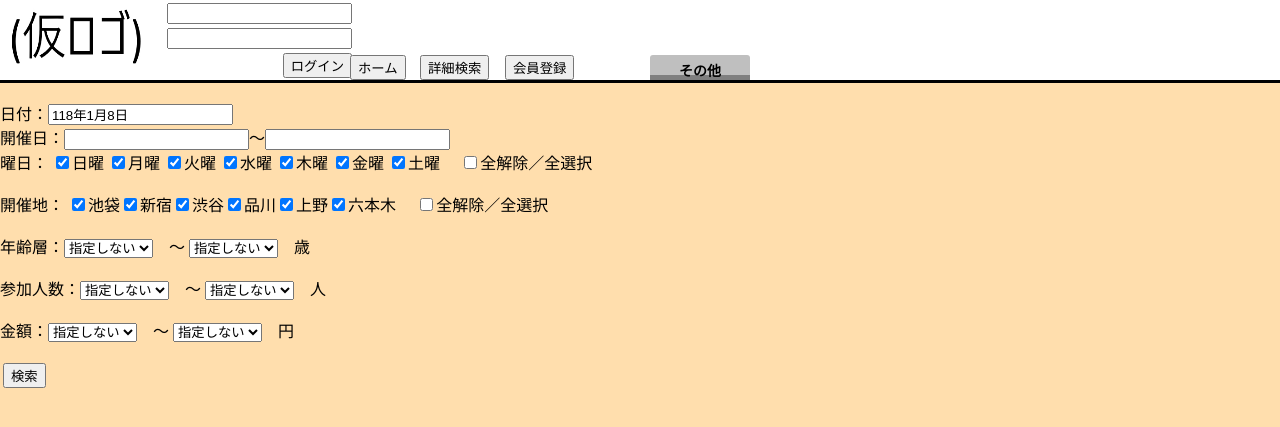
Repository: k0816/backup-master
Page: http://localhost/cycle/PartySearchAction
An editor plug-in stored every save of this project. The page is shown before and after the next save, followed by the edit.
The browser window is 1280 px wide. The pictures show the whole page.
The page is served by Tomcat 9.

Above is the page before, as saved 2018-01-25 05:19:18.

After the next save:
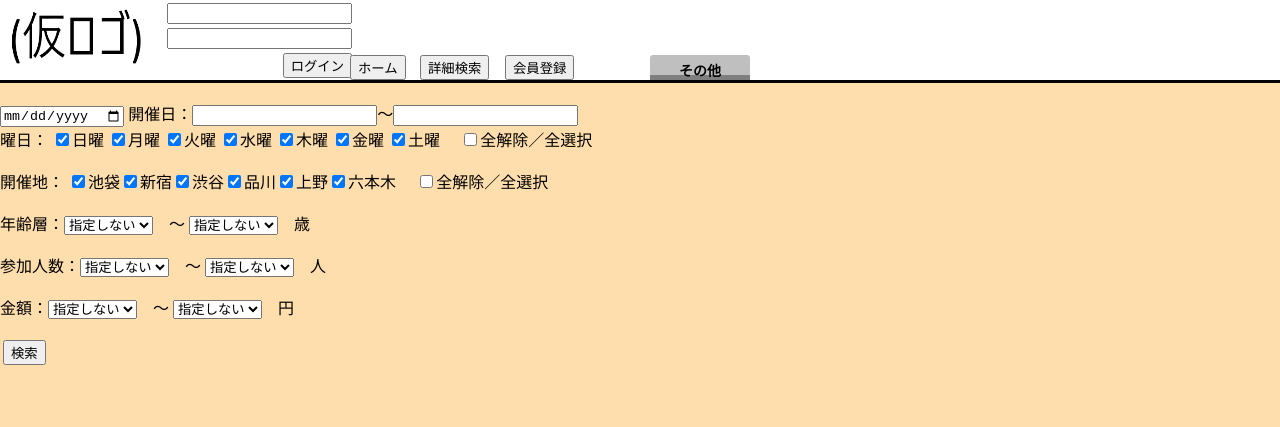
Saved 110 s later.
--- a/cycle/WebContent/partySearch.jsp
+++ b/cycle/WebContent/partySearch.jsp
@@ -48,25 +48,32 @@
 
     	});
 /*---カレンダー日付の初期値設定---*/
-   function pDate()
-{
-	dt = new Date();
-	y  = dt.getYear(); +1;
-	m  = dt.getMonth() + 1;
-	d  = dt.getDate();
-	document.myFORM.date.value = y+"年"+m+"月"+d+"日";
-}
+  var date = new Date()
+  var year = date.getFullYear()
+  var month = date.getMonth() + 1
+  var day = date.getDate()
+
+  var toTargetDigits = function (num, digits) {
+    num += ''
+    while (num.length < digits) {
+      num = '0' + num
+    }
+    return num
+  }
+
+  var yyyy = toTargetDigits(year, 4)
+  var mm = toTargetDigits(month, 2)
+  var dd = toTargetDigits(day, 2)
+  console.log(yyyy+'-'+mm+'-'+dd)
 </script>
 </head>
 
 
-<body onLoad="pDate()">
+<body >
 
  <jsp:include page="/include.jsp" flush="true" />
 
-<form name="myFORM">
-日付：<input type="text" name="date">
-</form>
+<input type="date" id="limit">
 
 
 <s:if test="errorMessage!=null">
